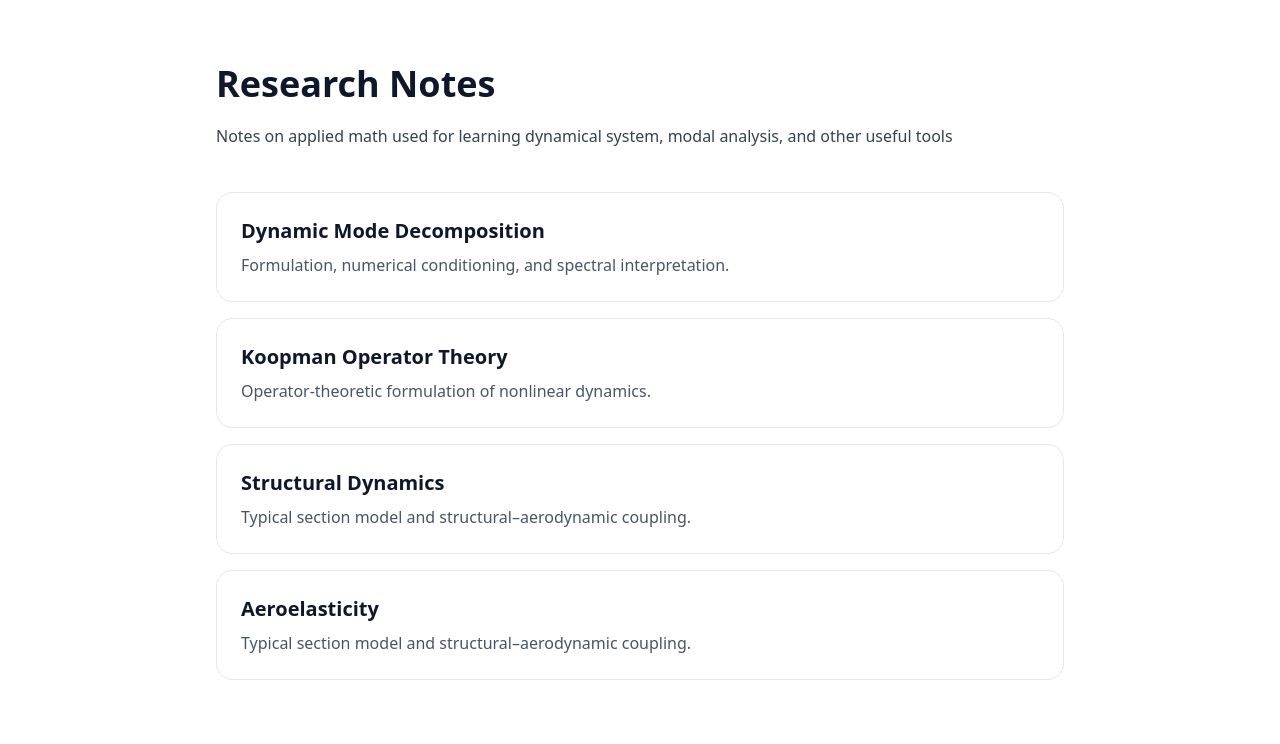
Repository: JWS625/JWS625.github.io
Page: notes/index.html
The author's editor kept a copy of each file at every save. The page is drawn from the files as they stood at one save, then again after a run of saves.
The browser window is 1280 px wide. The pictures show the whole page.
Some web libraries are served in a nearby version.

Above is the page before, as saved 2026-02-20 17:18:35.

### notes/index.html
<!doctype html>
<html>
<head>
  <meta charset="utf-8">
  <title>Research Notes | Jiwoo Song</title>
  <script src="https://cdn.tailwindcss.com"></script>
</head>

<body class="bg-white text-slate-900">
<div class="max-w-4xl mx-auto px-6 py-16">

<h1 class="text-4xl font-semibold">Research Notes</h1>
<p class="mt-4 text-slate-700 leading-8">
Notes on applied math used for learning dynamical system, modal analysis, and other useful tools
</p>

<div class="mt-10 space-y-4">

<a href="modal_analysis/" class="block p-6 border rounded-2xl hover:bg-slate-50">
  <h2 class="text-xl font-semibold">Dynamic Mode Decomposition</h3>
  <p class="mt-2 text-slate-600">
    Formulation, numerical conditioning, and spectral interpretation.
  </p>
</a>

<a href="koopman.html" class="block p-6 border rounded-2xl hover:bg-slate-50">
  <h2 class="text-xl font-semibold">Koopman Operator Theory</h2>
  <p class="text-slate-600 mt-2">
  Operator-theoretic formulation of nonlinear dynamics.
  </p>
</a>

<a href="structural_dynamicals.html" class="block p-6 border rounded-2xl hover:bg-slate-50">
  <h2 class="text-xl font-semibold">Structural Dynamics</h2>
  <p class="text-slate-600 mt-2">
  Typical section model and structural–aerodynamic coupling.
  </p>
</a>

<a href="aeroelasticity.html" class="block p-6 border rounded-2xl hover:bg-slate-50">
  <h2 class="text-xl font-semibold">Aeroelasticity</h2>
  <p class="text-slate-600 mt-2">
  Typical section model and structural–aerodynamic coupling.
  </p>
</a>

</div>

</div>
</body>
</html>

After the next 2 saves:
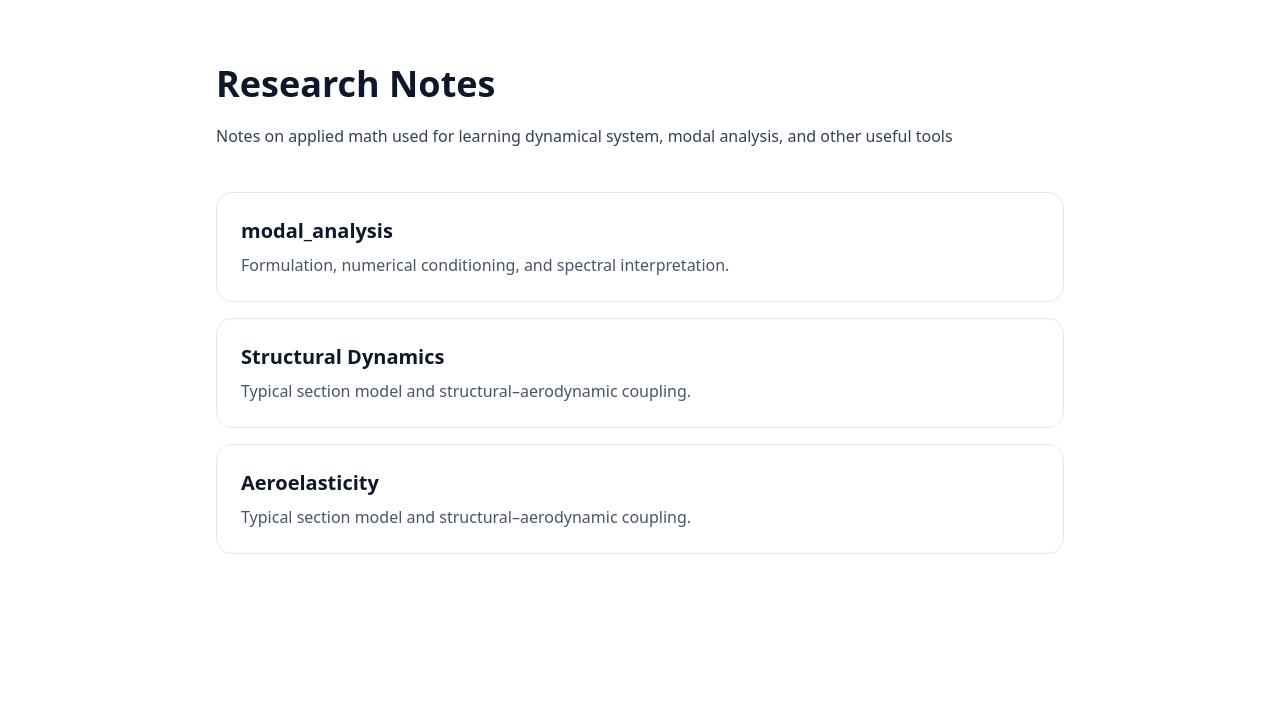
The 2 saves are shown as one change because they came seconds apart.
The last was saved 8 s later.
--- a/notes/index.html
+++ b/notes/index.html
@@ -17,18 +17,18 @@ Notes on applied math used for learning dynamical system, modal analysis, and ot
 <div class="mt-10 space-y-4">
 
 <a href="modal_analysis/" class="block p-6 border rounded-2xl hover:bg-slate-50">
-  <h2 class="text-xl font-semibold">Dynamic Mode Decomposition</h3>
+  <h2 class="text-xl font-semibold">modal_analysis</h3>
   <p class="mt-2 text-slate-600">
     Formulation, numerical conditioning, and spectral interpretation.
   </p>
 </a>
 
-<a href="koopman.html" class="block p-6 border rounded-2xl hover:bg-slate-50">
+<!-- <a href="koopman.html" class="block p-6 border rounded-2xl hover:bg-slate-50">
   <h2 class="text-xl font-semibold">Koopman Operator Theory</h2>
   <p class="text-slate-600 mt-2">
   Operator-theoretic formulation of nonlinear dynamics.
   </p>
-</a>
+</a> -->
 
 <a href="structural_dynamicals.html" class="block p-6 border rounded-2xl hover:bg-slate-50">
   <h2 class="text-xl font-semibold">Structural Dynamics</h2>
